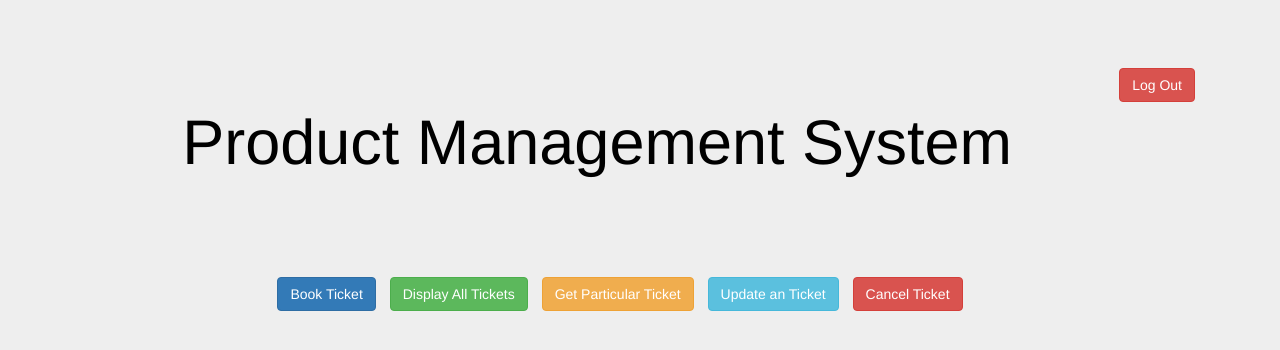
Repository: krutishilp/Sample
Page: JAVA-Eclipse-workspace/productmanagement-webapp/src/main/webapp/welcome.html
An editor plug-in stored every save of this project. The page is shown before and after the next save, followed by the edit.
The browser window is 1280 px wide. The pictures show the whole page.

Above is the page before, as saved 2020-09-04 13:10:26.

After the next save:
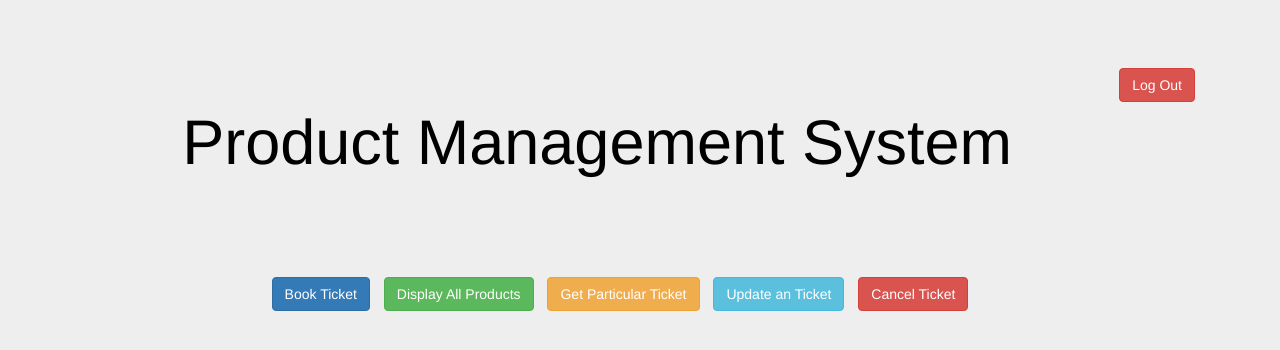
Saved 46 s later.
--- a/JAVA-Eclipse-workspace/productmanagement-webapp/src/main/webapp/welcome.html
+++ b/JAVA-Eclipse-workspace/productmanagement-webapp/src/main/webapp/welcome.html
@@ -35,8 +35,8 @@
 		<div class="links">
 
 			<a class="btn btn-primary" href="createProduct.jsp">Book Ticket</a> <a
-				class="btn btn-success" href="showAllTickets">Display All
-				Tickets</a> <a class="btn btn-warning" href="getTicket.html">Get Particular Ticket</a>
+				class="btn btn-success" href="displayAllProducts">Display All
+				Products</a> <a class="btn btn-warning" href="getTicket.html">Get Particular Ticket</a>
 			<a class="btn btn-info" href="updateTicket.html">Update an Ticket</a> <a
 				class="btn btn-danger" href="cancelTicket.html">Cancel Ticket</a>
 		</div>
